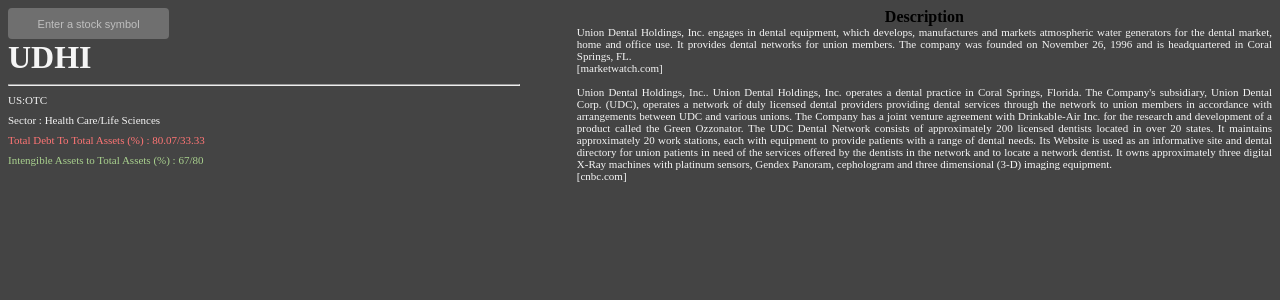
Repository: hadi4172/halal-stock-scanner
Page: popup.html
The author's editor kept a copy of each file at every save. The page is drawn from the files as they stood at one save, then again after the next save.
The browser window is 1280 px wide. The pictures show the whole page.
The page's requests for data from a server got no answer.

Above is the page before, as saved 2020-09-24 19:59:20.
Console error (its wording comes from the project's code and is left out).

### popup.html
<!DOCTYPE html>
<html>

<head>
    <title>Halal Stock Scanner</title>
    <meta charset="UTF-8">
    <link rel="stylesheet" href="SimpleBar/simplebar.css" />
    <link rel="stylesheet" href="font-awesome/font-awesome.min.css">
    <link rel="stylesheet" type="text/css" href="popup.css">
    <script src="popup.js"></script>
    <script src="SimpleBar/simplebar.min.js"></script>
</head>

<body class=dark-background>
    <div id=left>
        <div>
            <input id=input class=dark-input type=text maxlength=5 placeholder="Enter a stock symbol" />
            <i id=search-btn class="fa fa-search fa-lg dark-icon"></i>
            <i id=settings-btn class="fa fa-cog fa-lg dark-icon"></i>
        </div>
        <span id=symbol class="dark-text">UDHI</span>
        <i id=icon-is-correct-or-no class="fa fa-exclamation-triangle fa-2x"></i>
        <div style="width:90%">
            <hr>
            <div id=market class="info dark-text">US:OTC</div>
            <div id=sector class="info dark-text">Sector : Health Care/Life Sciences</div>
            <div id=debt-to-assets class="info dark-text not-conform">Total Debt To Total Assets (%) : 80.07/33.33</div>
            <div id=intengible-assets-to-total-assets class="info dark-text conform">Intengible Assets to Total Assets
                (%) : 67/80 </div>
        </div>
    </div>

    <div id=right>
        <div id=description-title>Description</div>
        <div id=description class="dark-text" data-simplebar>
            Union Dental Holdings, Inc. engages in dental equipment, which develops, manufactures and markets
            atmospheric water generators for the dental market, home and office use. It provides dental networks for
            union members. The company was founded on November 26, 1996 and is headquartered in Coral Springs, FL.<br />
            [marketwatch.com]<br /><br />
            Union Dental Holdings, Inc.. Union Dental Holdings, Inc. operates a dental practice in Coral Springs,
            Florida. The Company's subsidiary, Union Dental Corp. (UDC), operates a network of duly licensed dental
            providers providing dental services through the network to union members in accordance with arrangements
            between UDC and various unions. The Company has a joint venture agreement with Drinkable-Air Inc. for the
            research and development of a product called the Green Ozzonator. The UDC Dental Network consists of
            approximately 200 licensed dentists located in over 20 states. It maintains approximately 20 work stations,
            each with equipment to provide patients with a range of dental needs. Its Website is used as an informative
            site and dental directory for union patients in need of the services offered by the dentists in the network
            and to locate a network dentist. It owns approximately three digital X-Ray machines with platinum sensors,
            Gendex Panoram, cephologram and three dimensional (3-D) imaging equipment.<br />
            [cnbc.com]
        </div>
    </div>
</body>

</html>

### SimpleBar/simplebar.css
[data-simplebar] {
  position: relative;
  flex-direction: column;
  flex-wrap: wrap;
  justify-content: flex-start;
  align-content: flex-start;
  align-items: flex-start;
}

.simplebar-wrapper {
  overflow: hidden;
  width: inherit;
  height: inherit;
  max-width: inherit;
  max-height: inherit;
}

.simplebar-mask {
  direction: inherit;
  position: absolute;
  overflow: hidden;
  padding: 0;
  margin: 0;
  left: 0;
  top: 0;
  bottom: 0;
  right: 0;
  width: auto !important;
  height: auto !important;
  z-index: 0;
}

.simplebar-offset {
  direction: inherit !important;
  box-sizing: inherit !important;
  resize: none !important;
  position: absolute;
  top: 0;
  left: 0;
  bottom: 0;
  right: 0;
  padding: 0;
  margin: 0;
  -webkit-overflow-scrolling: touch;
}

.simplebar-content-wrapper {
  direction: inherit;
  box-sizing: border-box !important;
  position: relative;
  display: block;
  height: 100%; /* Required for horizontal native scrollbar to not appear if parent is taller than natural height */
  width: auto;
  visibility: visible;
  max-width: 100%; /* Not required for horizontal scroll to trigger */
  max-height: 100%; /* Needed for vertical scroll to trigger */
  scrollbar-width: none;
  -ms-overflow-style: none;
}

.simplebar-content-wrapper::-webkit-scrollbar,
.simplebar-hide-scrollbar::-webkit-scrollbar {
  width: 0;
  height: 0;
}

.simplebar-content:before,
.simplebar-content:after {
  content: ' ';
  display: table;
}

.simplebar-placeholder {
  max-height: 100%;
  max-width: 100%;
  width: 100%;
  pointer-events: none;
}

.simplebar-height-auto-observer-wrapper {
  box-sizing: inherit !important;
  height: 100%;
  width: 100%;
  max-width: 1px;
  position: relative;
  float: left;
  max-height: 1px;
  overflow: hidden;
  z-index: -1;
  padding: 0;
  margin: 0;
  pointer-events: none;
  flex-grow: inherit;
  flex-shrink: 0;
  flex-basis: 0;
}

.simplebar-height-auto-observer {
  box-sizing: inherit;
  display: block;
  opacity: 0;
  position: absolute;
  top: 0;
  left: 0;
  height: 1000%;
  width: 1000%;
  min-height: 1px;
  min-width: 1px;
  overflow: hidden;
  pointer-events: none;
  z-index: -1;
}

.simplebar-track {
  z-index: 1;
  position: absolute;
  right: 0;
  bottom: 0;
  pointer-events: none;
  overflow: hidden;
}

[data-simplebar].simplebar-dragging .simplebar-content {
  pointer-events: none;
  user-select: none;
  -webkit-user-select: none;
}

[data-simplebar].simplebar-dragging .simplebar-track {
  pointer-events: all;
}

.simplebar-scrollbar {
  position: absolute;
  left: 0;
  right: 0;
  min-height: 10px;
}

.simplebar-scrollbar:before {
  position: absolute;
  content: '';
  background: black;
  border-radius: 7px;
  left: 2px;
  right: 2px;
  opacity: 0;
  transition: opacity 0.2s linear;
}

.simplebar-scrollbar.simplebar-visible:before {
  /* When hovered, remove all transitions from drag handle */
  opacity: 0.5;
  transition: opacity 0s linear;
}

.simplebar-track.simplebar-vertical {
  top: 0;
  width: 11px;
}

.simplebar-track.simplebar-vertical .simplebar-scrollbar:before {
  top: 2px;
  bottom: 2px;
}

.simplebar-track.simplebar-horizontal {
  left: 0;
  height: 11px;
}

.simplebar-track.simplebar-horizontal .simplebar-scrollbar:before {
  height: 100%;
  left: 2px;
  right: 2px;
}

.simplebar-track.simplebar-horizontal .simplebar-scrollbar {
  right: auto;
  left: 0;
  top: 2px;
  height: 7px;
  min-height: 0;
  min-width: 10px;
  width: auto;
}

/* Rtl support */
[data-simplebar-direction='rtl'] .simplebar-track.simplebar-vertical {
  right: auto;
  left: 0;
}

.hs-dummy-scrollbar-size {
  direction: rtl;
  position: fixed;
  opacity: 0;
  visibility: hidden;
  height: 500px;
  width: 500px;
  overflow-y: hidden;
  overflow-x: scroll;
}

.simplebar-hide-scrollbar {
  position: fixed;
  left: 0;
  visibility: hidden;
  overflow-y: scroll;
  scrollbar-width: none;
  -ms-overflow-style: none;
}

### popup.css
/* * {
    border: 1px black dotted;
} */

body{
    display:flex;
}

#right{
    width:55%
}

#left{
    width:45%
}

#description{
    height: 85vh;
}

input{
    max-width: 60%;
    font-size: 11px;
    border: none;
    background: hsl(0 0% 93%);
    border-radius: .25rem;
    padding: .6rem;
}

::placeholder {
    text-align: center;
    color: rgb(191,191,191);
}

#description{
    font-size: 11px;
    text-align:justify;
}

#description-title{
    text-align: center;
    font-weight: bold;
}

#symbol{
    font-size: 2em;
    font-weight: bolder;
}

.info{
    font-size: 11px;
    margin-bottom: 8px;
}

.dark-text{
    color:whitesmoke;
}

.dark-background{
    background-color: rgb(68,68,68);
}

.dark-input{
    background: rgb(111,111,111);
}

.dark-icon{
    color:rgb(111,111,111);
}

#icon-is-correct-or-no{
    color:rgb(255, 117, 117);
}

.not-conform{
    color:rgb(255, 117, 117) !important;
}

.conform{
    color: rgb(169, 209, 142) !important;
}

### popup.js
let marketwatchData;
var r = new XMLHttpRequest();
r.open('GET', 'https://www.marketwatch.com/investing/stock/udhi/profile', false);
r.send(null);
if (r.status == 200) {
    marketwatchData = r.responseText;
}

marketwatchData = marketwatchData.substringBetween(marketwatchData,'id="maincontent"','id="below"').replace(/\n|\t| {2,}/g,'');
let marketwatchCompanyDescription = substringBetween(marketwatchData,'"full"><p>','p><');

console.log(`marketwatchCompanyDescription:`,marketwatchCompanyDescription);

function substringBetween(s, a, b) {
    var p = s.indexOf(a) + a.length;
    return s.substring(p, s.indexOf(b, p));
}

Loaded but not shown: font-awesome/font-awesome.min.css (library); SimpleBar/simplebar.min.js (library)

After the next save:
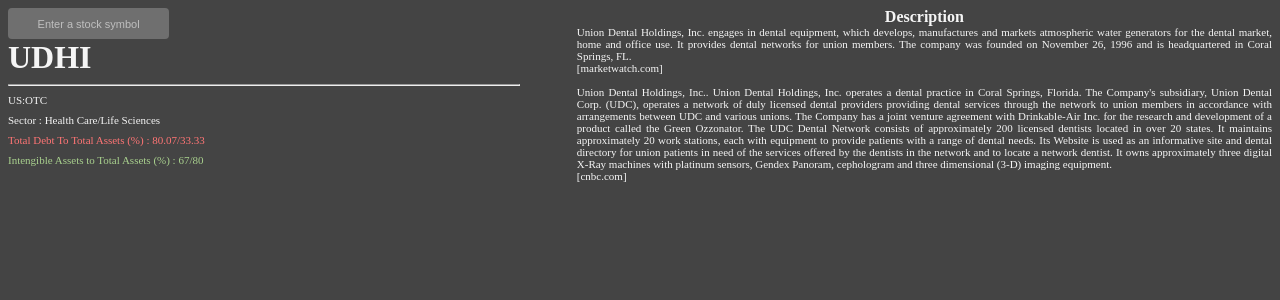
Saved 16 s later.
--- a/popup.html
+++ b/popup.html
@@ -31,7 +31,7 @@
     </div>
 
     <div id=right>
-        <div id=description-title>Description</div>
+        <div id=description-title class="dark-text">Description</div>
         <div id=description class="dark-text" data-simplebar>
             Union Dental Holdings, Inc. engages in dental equipment, which develops, manufactures and markets
             atmospheric water generators for the dental market, home and office use. It provides dental networks for
